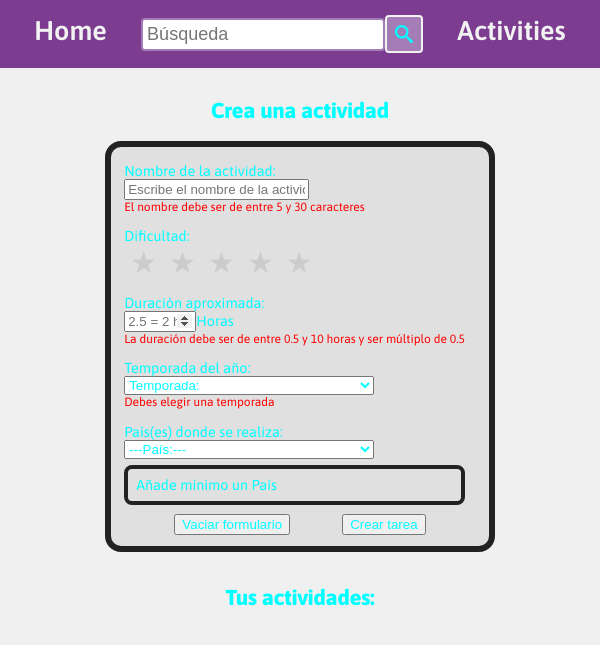
Repository: PCGP22/PI-Countries
Page: /countries/activities (app in cr-pi-countries-main/client/)
These files come from the project's save history. The page is drawn as it stood at one moment and after the next save; the edit follows.
The browser window is 600 px wide. The pictures show the whole page.
The page's requests for data from a server got no answer. The project was rebuilt for these pictures with package versions that can differ from the ones it lists, and the page was loaded fresh each time. No one was signed in, and anything a server would have sent is missing. Also part of the build but not shown: cr-pi-countries-main/client/vite.config.js, cr-pi-countries-main/client/src/styles/LandingPage.modules.css, cr-pi-countries-main/client/src/components/LandingPage.jsx, cr-pi-countries-main/client/src/components/Detail.jsx, cr-pi-countries-main/client/src/components/Filter.jsx, cr-pi-countries-main/client/src/styles/HomePage.modules.css, cr-pi-countries-main/client/src/components/HomePage.jsx.

Above is the page before, as saved 2023-08-07 21:57:17.

After the next save:
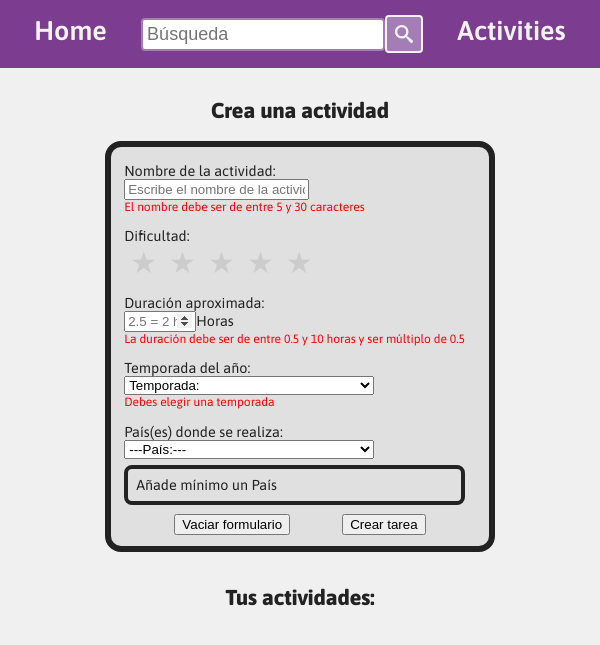
Saved 35 s later.
--- a/cr-pi-countries-main/client/src/styles/Detail.modules.css
+++ b/cr-pi-countries-main/client/src/styles/Detail.modules.css
@@ -29,9 +29,7 @@
     align-items: center;
 }
 
-@media(max-width: 48em){
-    *{color:cyan}
-
+@media(max-width: 40em){
     .detail__container{
         font-size: 0.8em;
         grid-template-areas: "main" "aside";
